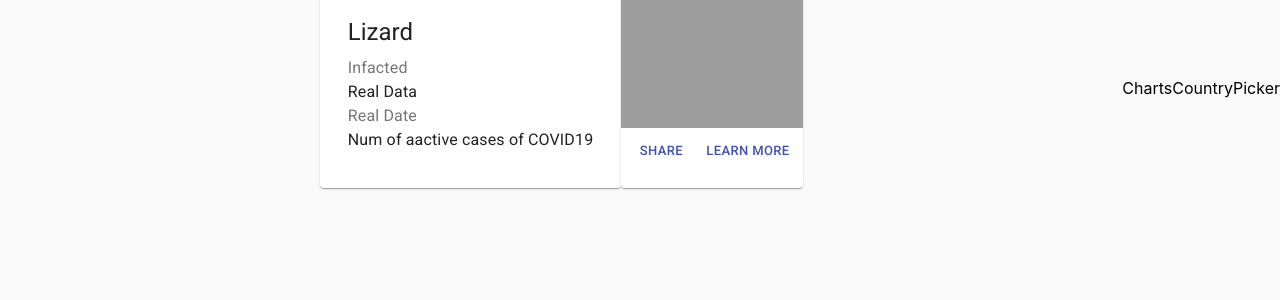
Repository: ranausama48/covid-tracker
Page: /
The author's editor kept a copy of each file at every save. The page is drawn from the files as they stood at one save, then again after the next save.
The browser window is 1280 px wide. The pictures show the whole page.
Pictures or frames that could not be fetched are drawn as grey boxes. The page's requests for data from a server got no answer. The project was rebuilt for these pictures with package versions that can differ from the ones it lists, and the page was loaded fresh each time. No one was signed in, and anything a server would have sent is missing.

Above is the page before, as saved 2020-07-05 17:54:37.

### public/index.html
<!DOCTYPE html>
<html lang="en">
  <head>
    <meta charset="utf-8" />
    <link rel="icon" href="%PUBLIC_URL%/favicon.ico" />
    <meta name="viewport" content="width=device-width, initial-scale=1" />
    <meta name="theme-color" content="#000000" />
    <meta
      name="description"
      content="Web site created using create-react-app"
    />
    <!-- @material Ui links -->
    <link
      rel="stylesheet"
      href="https://fonts.googleapis.com/css?family=Roboto:300,400,500,700&display=swap"
    />
    <link
      rel="stylesheet"
      href="https://fonts.googleapis.com/icon?family=Material+Icons"
    />

    <link rel="apple-touch-icon" href="%PUBLIC_URL%/logo192.png" />
    <!--
      manifest.json provides metadata used when your web app is installed on a
      user's mobile device or desktop. See https://developers.google.com/web/fundamentals/web-app-manifest/
    -->
    <link rel="manifest" href="%PUBLIC_URL%/manifest.json" />
    <!--
      Notice the use of %PUBLIC_URL% in the tags above.
      It will be replaced with the URL of the `public` folder during the build.
      Only files inside the `public` folder can be referenced from the HTML.

      Unlike "/favicon.ico" or "favicon.ico", "%PUBLIC_URL%/favicon.ico" will
      work correctly both with client-side routing and a non-root public URL.
      Learn how to configure a non-root public URL by running `npm run build`.
    -->
    <title>React App</title>
  </head>
  <body>
    <noscript>You need to enable JavaScript to run this app.</noscript>
    <div id="root"></div>
    <!--
      This HTML file is a template.
      If you open it directly in the browser, you will see an empty page.

      You can add webfonts, meta tags, or analytics to this file.
      The build step will place the bundled scripts into the <body> tag.

      To begin the development, run `npm start` or `yarn start`.
      To create a production bundle, use `npm run build` or `yarn build`.
    -->
  </body>
</html>

### src/App.js
import React, { useEffect, useState } from "react";
import Cards from "./components/Cards/Cards";
import Charts from "./components/Charts/Charts";
import CountryPicker from "./components/CountryPicker/CountryPicker";
import { fetchData } from "./api";

import "./App.css";

function App() {
  const [state, setstate] = useState({ data: {} });
  useEffect(() => {
    async function getData() {
      const data = await fetchData();
      setstate({ data });
    }
    getData();
  }, []);
  const { data } = state;

  return (
    <div className="container">
      <Cards data={data} />
      <Charts />
      <CountryPicker />
    </div>
  );
}

export default App;

### src/components/Cards/Cards.jsx
import React from "react";
import { makeStyles } from "@material-ui/core/styles";
import {
  Card,
  CardActionArea,
  CardActions,
  CardContent,
  CardMedia,
  Button,
  Typography,
  Grid,
} from "@material-ui/core";
const useStyles = makeStyles({
  root: {
    maxWidth: 345,
  },
  media: {
    height: 140,
  },
});

const Cards = (props) => {
  const classes = useStyles();
  return (
    <Grid container spacing={3} justify="center">
      <Grid item component={Card}>
        <CardContent>
          <Typography gutterBottom variant="h5" component="h2">
            Lizard
          </Typography>
          <Typography guuterBottom color="textSecondary">
            Infacted
          </Typography>
          <Typography varaint="h5">Real Data</Typography>
          <Typography color="textSecondary">Real Date</Typography>
          <Typography varaint="body2">
            Num of aactive cases of COVID19
          </Typography>
        </CardContent>
      </Grid>
      <Card className={classes.root}>
        <CardActionArea>
          <CardMedia
            className={classes.media}
            image="/static/images/cards/contemplative-reptile.jpg"
            title="Contemplative Reptile"
          />
        </CardActionArea>
        <CardActions>
          <Button size="small" color="primary">
            Share
          </Button>
          <Button size="small" color="primary">
            Learn More
          </Button>
        </CardActions>
      </Card>
    </Grid>
  );
};

export default Cards;

### src/components/Charts/Charts.jsx
import React from "react";

const Charts = () => {
  return <div>Charts</div>;
};

export default Charts;

### src/components/CountryPicker/CountryPicker.jsx
import React from "react";

const CountryPicker = () => {
  return <div>CountryPicker</div>;
};

export default CountryPicker;

### src/api/index.js
import axios from "axios";
const url = "https://covid19.mathdro.id/api";
export const fetchData = async () => {
  try {
    const { data } = await axios.get(url);
    const { confirmed, recovered, deaths, lastUpdate } = data;
    return {
      confirmed,
      recovered,
      deaths,
      lastUpdate,
    };
  } catch (error) {
    return error;
  }
};

### src/App.css
body {
  background-color: rgba(250, 250, 250);
}
.container {
  display: flex;
  justify-content: center;
  align-items: center;
}

Loaded but not shown: src/index.js (common file); src/index.css (common file); src/serviceWorker.js (common file)

After the next save:
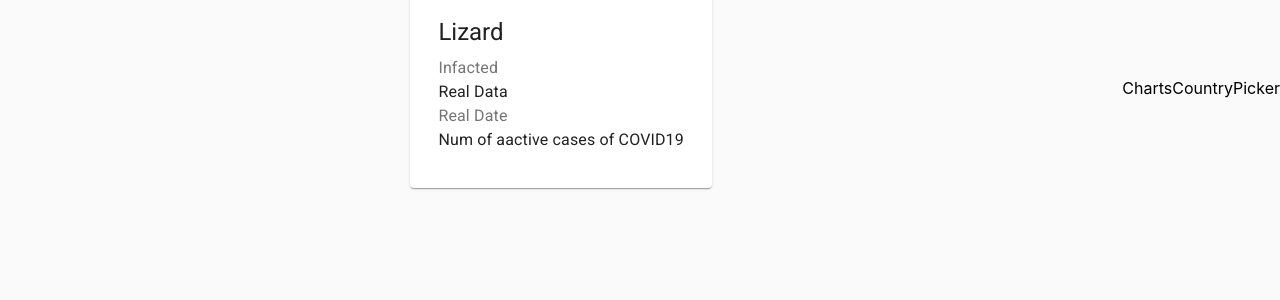
Saved 23 s later.
--- a/src/components/Cards/Cards.jsx
+++ b/src/components/Cards/Cards.jsx
@@ -38,7 +38,7 @@ const Cards = (props) => {
           </Typography>
         </CardContent>
       </Grid>
-      <Card className={classes.root}>
+      {/* <Card className={classes.root}>
         <CardActionArea>
           <CardMedia
             className={classes.media}
@@ -54,7 +54,7 @@ const Cards = (props) => {
             Learn More
           </Button>
         </CardActions>
-      </Card>
+      </Card> */}
     </Grid>
   );
 };
